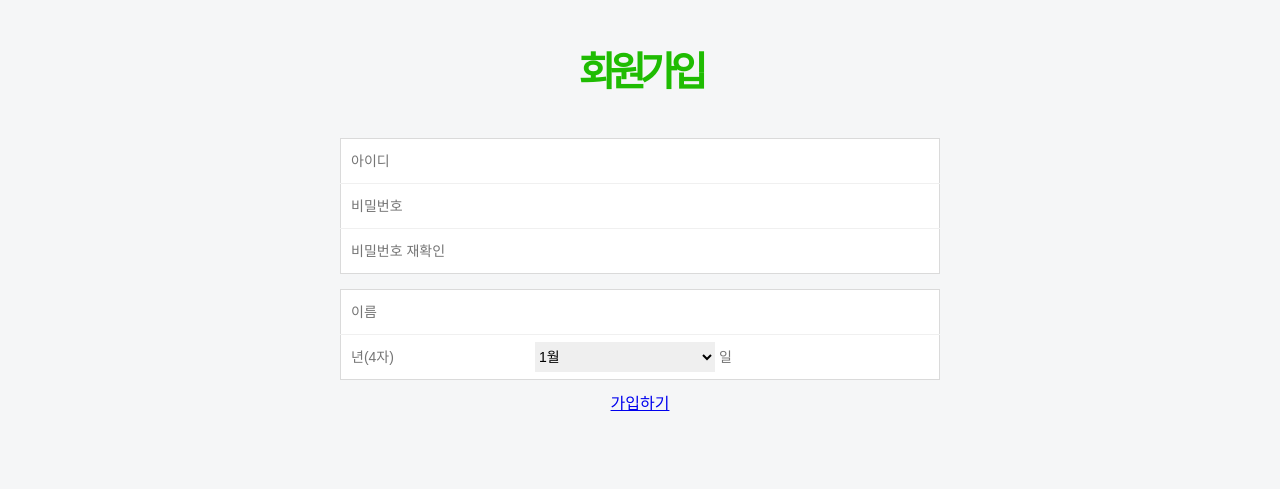
Repository: kimnafla11/webBack-end
Page: 1106/WebContent/login/signInForm.html
An editor plug-in stored every save of this project. The page is shown before and after the next save, followed by the edit.
The browser window is 1280 px wide. The pictures show the whole page.

Above is the page before, as saved 2019-11-06 03:26:00.

After the next save:
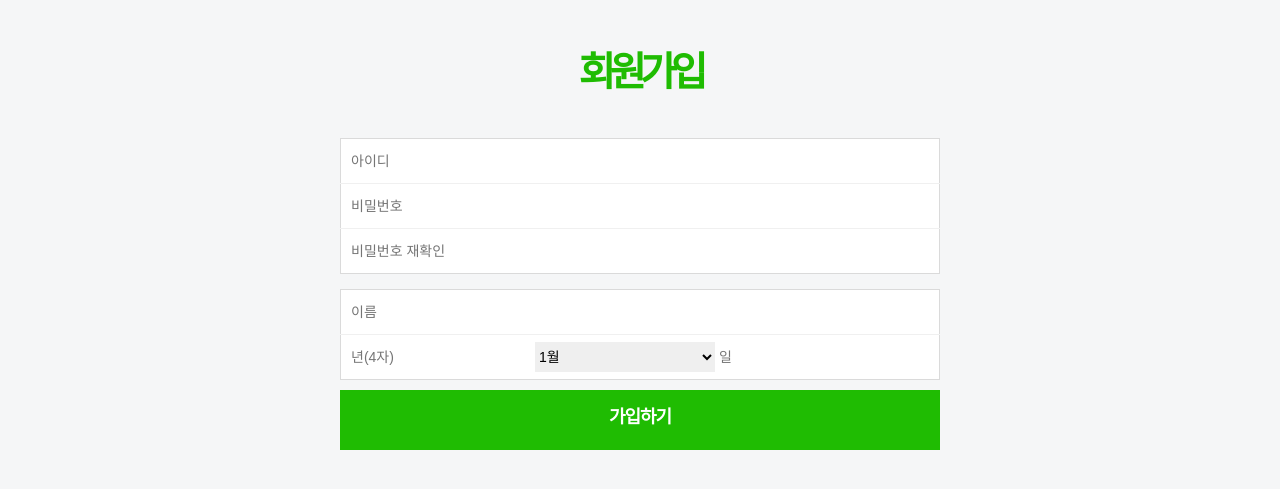
Saved 17 s later.
--- a/1106/WebContent/login/signInForm.html
+++ b/1106/WebContent/login/signInForm.html
@@ -154,7 +154,7 @@
 			</table>
 		</div>
 		<div class="button-area">
-			<a href="http://localhost:8080/1106/login/signIn.jsp?userId="+id+ "&userPw="+userPw+; class="btn-type-01">가입하기</a>
+			<a href="signIn.jsp" class="btn-type-01">가입하기</a>
 		</div>
 	</div>
 </form>
